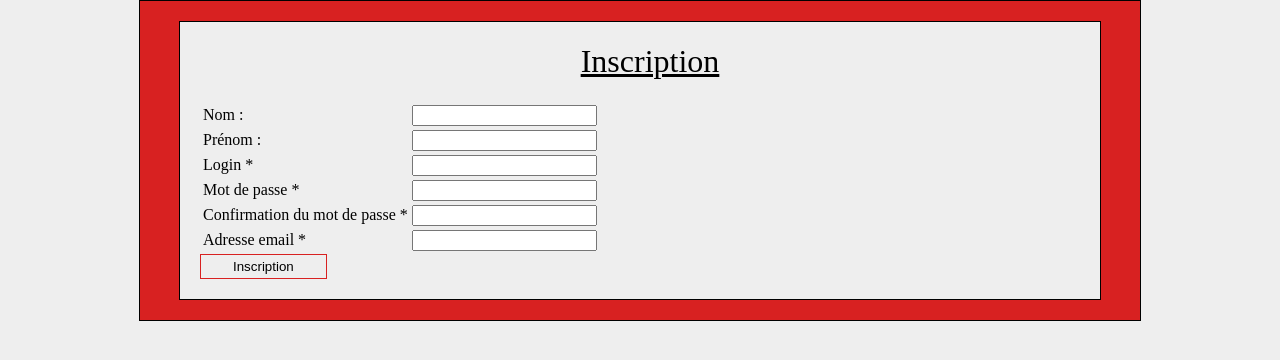
Repository: denisceulemans/GitRep
Page: http://localhost/Recette/Inscription
The author's editor kept a copy of each file at every save. The page is drawn from the files as they stood at one save, then again after the next save.
The browser window is 1280 px wide. The pictures show the whole page.
The page is served by Tomcat 9.

Above is the page before, as saved 2017-08-17 20:55:29.

After the next save:
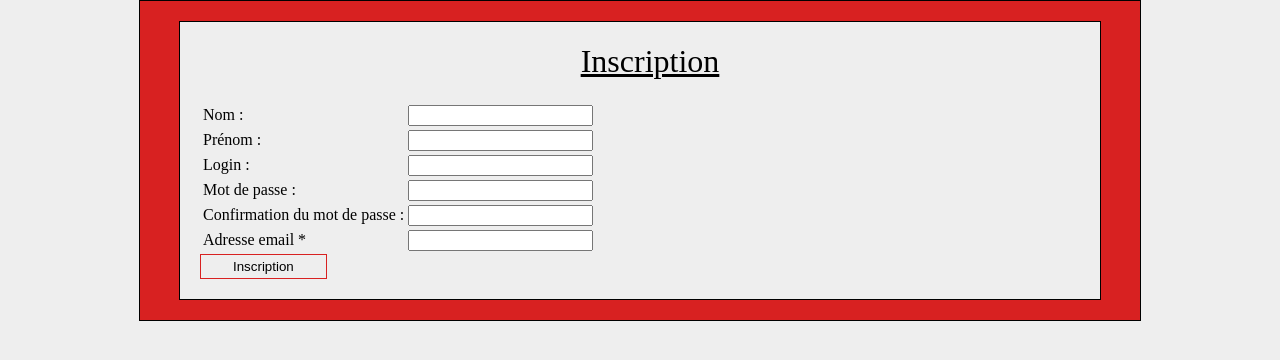
Saved 98 s later.
--- a/ProjetJEE/Recette/WebContent/VIEW/jsp/inscription.jsp
+++ b/ProjetJEE/Recette/WebContent/VIEW/jsp/inscription.jsp
@@ -23,33 +23,27 @@
                 </tr>
                 <tr>
                 	<td>Prénom : </td>
-				<td>
-                <input type="text" id="prenom" name="prenom" value="${utilisateur.prenom}" size="20" maxlength="20" />
-                <span class="erreur">${form.erreurs['prenom']}</span>
-                </td>
+					<td>
+                		<input type="text" id="prenom" name="prenom" value="${utilisateur.prenom}" size="20" maxlength="20" />
+                		<span class="erreur">${form.erreurs['prenom']}</span>
+                	</td>
                 </tr>
                 <tr>
-                <td>
-                <label for="nom">Login <span class="requis">*</span></label>
-                </td>
-				<td>
-                <input type="text" id="login" name="login" value="${utilisateur.login}" size="20" maxlength="20" />
-                <span class="erreur">${form.erreurs['login']}</span>
-                </td>
+	                <td>Login : </td>
+					<td>
+		                <input type="text" id="login" name="login" value="${utilisateur.login}" size="20" maxlength="20" />
+		                <span class="erreur">${form.erreurs['login']}</span>
+	                </td>
                 </tr>
                 <tr>
-                <td>
-                <label for="motdepasse">Mot de passe <span class="requis">*</span></label>
-                </td>
-				<td>
-                <input type="password" id="motdepasse" name="motdepasse" value="" size="20" maxlength="20" />
-                <span class="erreur">${form.erreurs['motdepasse']}</span>
-                </td>
+	                <td>Mot de passe : </td>
+					<td>
+		                <input type="password" id="mdp" name="mdp" value="" size="20" maxlength="20" />
+		                <span class="erreur">${form.erreurs['mdp']}</span>
+	                </td>
                 </tr>
                 <tr>
-                <td>
-                <label for="confirmation">Confirmation du mot de passe <span class="requis">*</span></label>
-                </td>
+                <td>Confirmation du mot de passe : </td>
 				<td>
                 <input type="password" id="confirmation" name="confirmation" value="" size="20" maxlength="20" />
                 <span class="erreur">${form.erreurs['confirmation']}</span>
